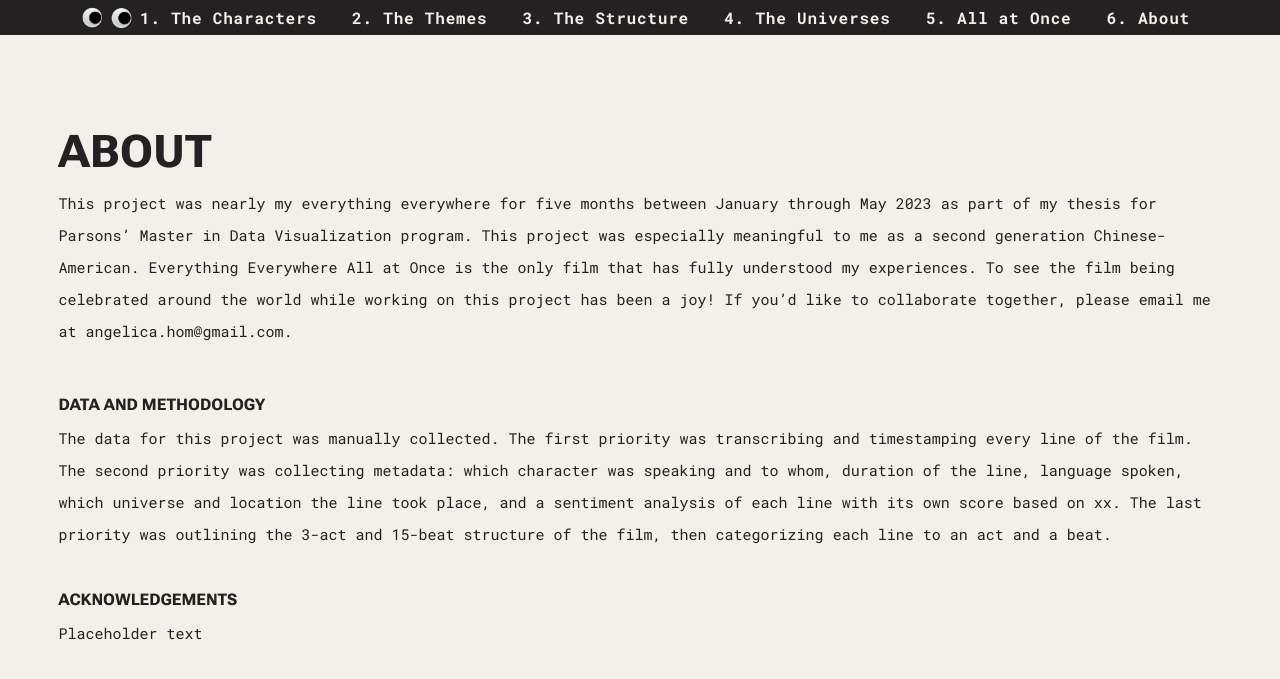
Repository: angelica-hom/msdv-thesis
Page: about.html
The author's editor kept a record of every edit. The page is drawn from the files as they stood at one moment, then again after the next edit.
The browser window is 1280 px wide. The pictures show the whole page.

Above is the page before.

After the next edit:
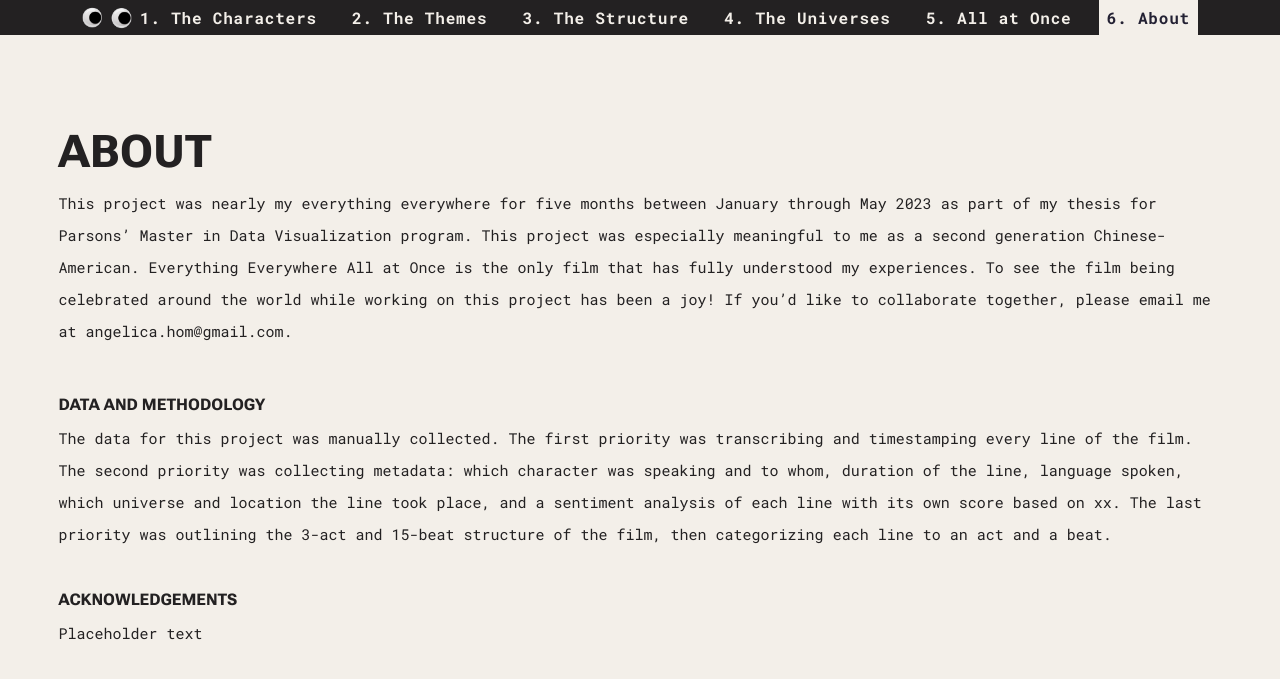
The edit:
--- a/about.css
+++ b/about.css
@@ -89,3 +89,9 @@
     color: #232122;
     background-color: #F3EFE9; /* New background color on hover */
 }
+
+/* Change the background-color and color for the "Characters" button */
+.btn-selected {
+    background-color: #F3EFE9 !important;
+    color: #232133 !important;
+}
